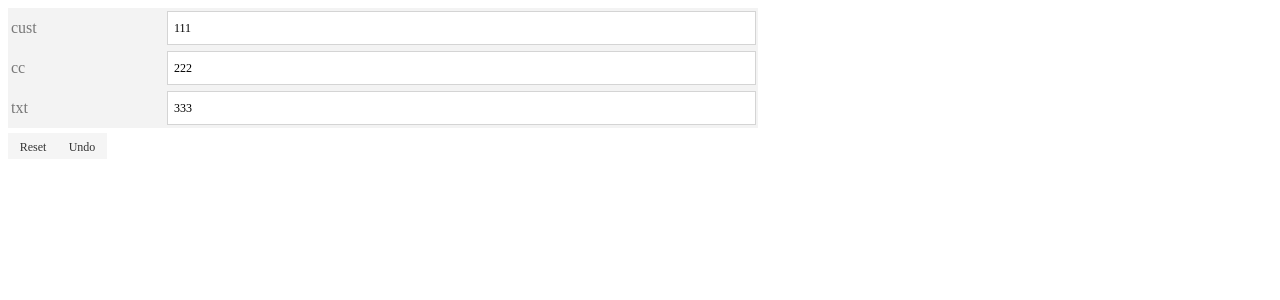
Repository: moonyohan1/react-recoil-ts
Page: / (app in 3.Input/)
An editor plug-in stored every save of this project. The page is shown before and after the next save, followed by the edit.
The browser window is 1280 px wide. The pictures show the whole page.
The project was rebuilt for these pictures with package versions that can differ from the ones it lists, and the page was loaded fresh each time.

Above is the page before, as saved 2022-09-05 13:03:52.

### 3.Input/src/index.tsx
import React from 'react';
import ReactDOM from 'react-dom/client';
import App from './App';


const rootElement = document.getElementById('root');
if (!rootElement) throw new Error('Failed to find the root element');
const root = ReactDOM.createRoot(rootElement);

root.render(
  <React.StrictMode>
    <App />
  </React.StrictMode>
);

### 3.Input/src/App.tsx
import React from "react";
import {
	RecoilRoot,
	atom,
	selector,
	useRecoilState,
	useRecoilValue,
} from "recoil";

import { Form } from "Form/Form";
import {Reset} from 'Item/Reest';
import {Undo} from 'Item/Undo';
import './css/index.css'

function App() {
	return (
	  <div className="App">
		<RecoilRoot>
		  	<Form></Form>
			<Reset></Reset>
			<Undo></Undo>
		</RecoilRoot>
	  </div>
	);
}

export default App;

### 3.Input/src/Form/Form.tsx
import { Field } from "Field/Field";
import { DataModel, viewModelByDataType } from './state';
import { useRecoilValue, useSetRecoilState, useRecoilState } from 'recoil';

export const Form = ({}: any) => {
	const dataModel = useRecoilValue(DataModel);

	return (
		<ul
			style={{ maxWidth: "750px" }}
			className={"wrapper-form wrapper-form-state-1"}
			data-render-type={"list"}
		>
			{Object.entries(dataModel).map((item) => {
				return <Field key={item[0]} pid={item[0]}></Field>;
			})}
		</ul>
	);
};

### 3.Input/src/Item/Reest.tsx

import { useResetRecoilState } from 'recoil';
import { DataModel } from 'Form/state';


export const Reset = () => {
	const resetValue = useResetRecoilState(DataModel);

	return (
		<div className="control-set">
			<div className="control">
				<button id="new" className="btn btn-default" onClick={resetValue}>Reset</button>
			</div>
		</div>
	);
  };

### 3.Input/src/Item/Undo.tsx

import { useResetRecoilState } from 'recoil';
import { history } from 'Form/state';


export const Undo = () => {
	const UndoValue = ()=>{
		history.pop()?.undo();
	}

	return (
		<div className="control-set">
			<div className="control">
				<button id="new" className="btn btn-default" onClick={UndoValue}>Undo</button>
			</div>
		</div>
	);
  };

### 3.Input/src/css/index.css
.wrapper-form {
  list-style: none;
  padding: 0;
  margin: 0;
  background-color: #f3f3f3;
  margin-bottom: 5px;
  max-width: none;
}
.wrapper-form, .wrapper-form > li {
  display: -ms-flexbox;
  display: flex;
  -ms-flex-wrap: wrap;
  flex-wrap: wrap;
  -ms-flex-align: center;
  align-items: center;
  position: relative;
}

.wrapper-form-state-1.wrapper-form > li {
    width: 100%;
}
.wrapper-form > li {
    min-height: 31px;
}

.wrapper-form > li > .title {
  color: #777777;
}
.wrapper-form > li > .title, .wrapper-form > li > .form {
  padding: 3px;
}

.wrapper-form > li > .form {
  -ms-flex: 1;
  flex: 1;
  position: relative;
  min-width: 130px;
}

.wrapper-form > li > .title, .wrapper-form > li > .form {
  padding: 3px;
}

.wrapper-form > li > .form .control-set {
  float: none;
  width: 100%;
  margin-right: 0;
}

.control-set {
  float: left;
  display: -ms-flexbox;
  display: flex;
  -ms-flex-wrap: wrap;
  flex-wrap: wrap;
  -ms-flex-align: center;
  align-items: center;
  position: relative;
  word-wrap: break-word;
  word-break: break-word;
}

.control-set .control {
  display: -ms-flexbox;
  display: flex;
  -ms-flex-wrap: wrap;
  flex-wrap: wrap;
  -ms-flex: 1;
  flex: 1;
  -ms-flex-align: center;
  align-items: center;
  position: relative;
  word-wrap: break-word;
  word-break: break-word;
}

.control-set .control > .form-control, .control-set .control > .tags-input, .control-set .control > .well, .control-set .control > .wrapper-attach-file {
  -ms-flex: 1;
  flex: 1;
}

.control-set .control > * {
  margin-right: -1px;
  z-index: 1;
}

.form-control {
  display: block;
  width: 100%;
  height: 26px;
  padding: 3px 6px;
  font-size: 12px;
  line-height: 1.42857143;
  color: #000;
  background-color: #fff;
  border: 1px solid #d4d4d4;
  transition: border-color ease-in-out 0.15s, box-shadow ease-in-out 0.15s;
  outline: 0;
  border-radius: 0;
  -webkit-appearance: none;
}

input, button, select, textarea {
  font-family: inherit;
  font-size: inherit;
  line-height: inherit;
}

.control-set .control .btn {
  /* min-width: 0; */
  max-width: none;
  align-self: stretch;
}

.btn-default, .btn-default.disabled, .btn-default[disabled], .btn-default.disabled:hover, .btn-default[disabled]:hover, .btn-default.disabled:focus, .btn-default[disabled]:focus, .btn-default.disabled.focus, .btn-default[disabled].focus, .btn-default.disabled.active, .btn-default[disabled].active {
  background-color: #f5f5f5;
  border-color: #d4d4d4;
  color: #333;
  text-shadow: 0 1px 0 rgba(255, 255, 255, 0.5);
}

.btn {
  display: inline-block;
  position: relative;
  margin-bottom: 0;
  font-weight: normal;
  text-align: center;
  vertical-align: middle;
  -ms-touch-action: manipulation;
  touch-action: manipulation;
  cursor: pointer;
  background-image: none;
  border: 1px solid transparent;
  white-space: nowrap;
  word-wrap: normal;
  padding: 5px 6px 2px;
  font-size: 12px;
  line-height: 1.42857143;
  user-select: none;
  min-width: 50px;
  transition: all 0.1s ease;
  box-shadow: inset 0 0 0 rgba(255, 255, 255, 0);
}

### 3.Input/src/Field/Field.tsx
import { Title } from "Item/Title";
import { ItemPresenter } from "Item/Input";
import React from "react";

export const Field = ({ pid }) => {
	return (
		<li>
			<Title pid={pid}></Title>
			<ItemPresenter pid={pid}></ItemPresenter>
		</li>
	);
};

### 3.Input/src/Form/state.ts
import { atom, selector, atomFamily, selectorFamily } from "recoil";
import dataModel from "../metadata/dataModel.json";


export const history: Array<{
	undo: () => void,
  }> = [];


export const DataModel = atom({
	key: "dataModel",
	default: dataModel,
	effects: [
		({setSelf, onSet}) => {
			onSet((newValue, oldValue) => {
				history.push({
					undo: () => {
						setSelf(oldValue);
					},
				});

				console.log("==oldValue", oldValue);
				console.log("==newValue", newValue);
			});

			return ()=>{
				//cleanup handler
			}
		},
	  ],
});

const viewModel = {
	code: { code: "", name: "" },
	input: "",
};
export const viewModelByDataType = atomFamily<any, string>({
	key: "viewModelByDataType",
	effects: (dataType) => [
		({ setSelf }) => {
			setSelf(viewModel[dataType]);
		},
	],
});

### 3.Input/src/Item/Title.tsx

export const Title = ({pid}) => {
	return (
		<div className="title" style={{"width": "150px"}}>{pid}</div>
	);
  };

### 3.Input/src/Item/Input.tsx

import { useCallback } from 'react';
import { useRecoilSnapshot, useRecoilState, useRecoilValue } from 'recoil';
import { controlState, controlSelectorState } from './state';


export const Input = ({value, onChange}) => {
	return (
		<div className="form">
			<div className="control-set">
				<div className="control">
					<input className="form-control " placeholder={value} value= {value} onChange={onChange}></input>
				</div>
			</div>
		</div>
	);
  };

  export const ItemPresenter = ({pid}) =>{
	const [value, setValue] = useRecoilState(controlState(pid));

	// const controlSelector = useRecoilValue(controlSelectorState);
	// const [value, setValue] = useRecoilState(controlSelector(pid));

	const onChange = useCallback((e)=>{
		setValue(e.target.value);
	}, [setValue])

	return <Input onChange={onChange} value = {value}></Input>
  }

### 3.Input/src/metadata/dataModel.json
{
    "cust": "111",
    "cc": "222",
    "txt": "333"
}

### 3.Input/src/Item/state.ts
import { atom, selector, atomFamily, selectorFamily } from "recoil";
import { DataModel } from "Form/state";

export const controlState = selectorFamily<any, string>({
	key: "controlSelector",
	get:
		(pid) =>
		({ get }) => {
			return get(DataModel)[pid];
		},
	set:
		(pid) =>
		({ set }, newValue) => {
			set(DataModel, (prevState) => {
				return { ...prevState, [pid]: newValue };
			});
		},
});



export const controlSelectorState  = atom({
	key:"controlSelectorState",
	default:controlState
})

Loaded but not shown: 3.Input/public/index.html (common file)

After the next save:
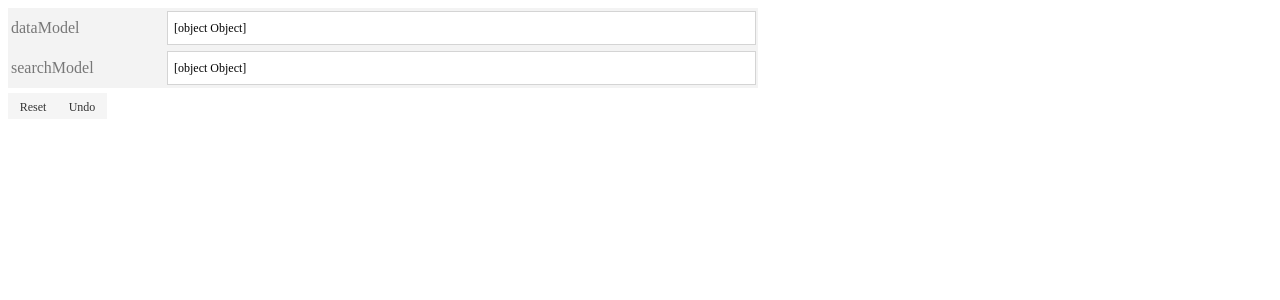
Saved 6 min 49 s later.
--- a/3.Input/src/metadata/dataModel.json
+++ b/3.Input/src/metadata/dataModel.json
@@ -1,5 +1,12 @@
 {
-    "cust": "111",
-    "cc": "222",
-    "txt": "333"
+	"dataModel": {
+		"cust": "111",
+		"cc": "222",
+		"txt": "333"
+	},
+	"searchModel": {
+		"cust": "111",
+		"cc": "222",
+		"txt": "333"
+	}
 }
